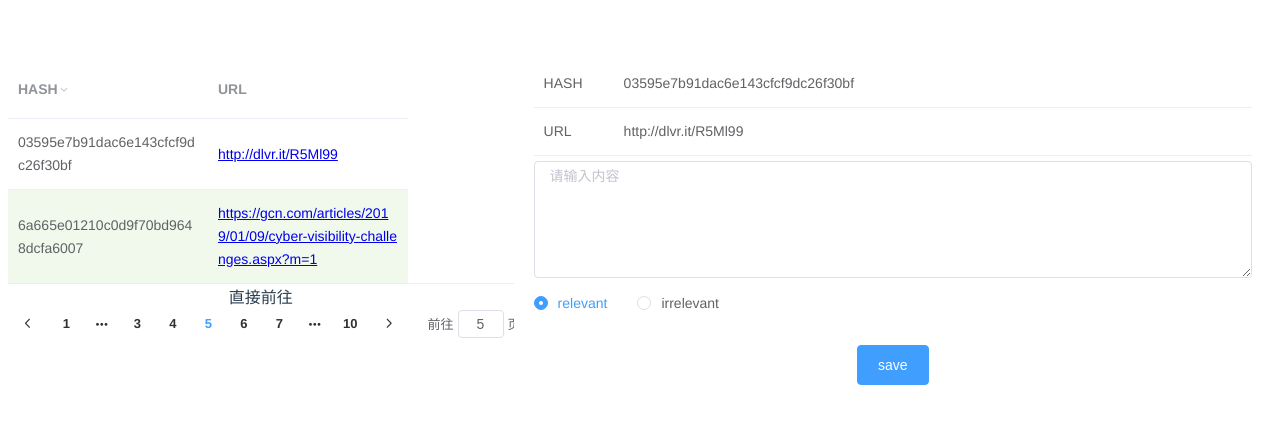
Repository: NicoleGX/TI
Page: /
An editor plug-in stored every save of this project. The page is shown before and after the next save, followed by the edit.
The browser window is 1280 px wide. The pictures show the whole page.
The page's requests for data from a server got no answer. The project was rebuilt for these pictures with package versions that can differ from the ones it lists, and the page was loaded fresh each time. No one was signed in, and anything a server would have sent is missing.

Above is the page before, as saved 2019-05-29 14:54:33.

After the next save:
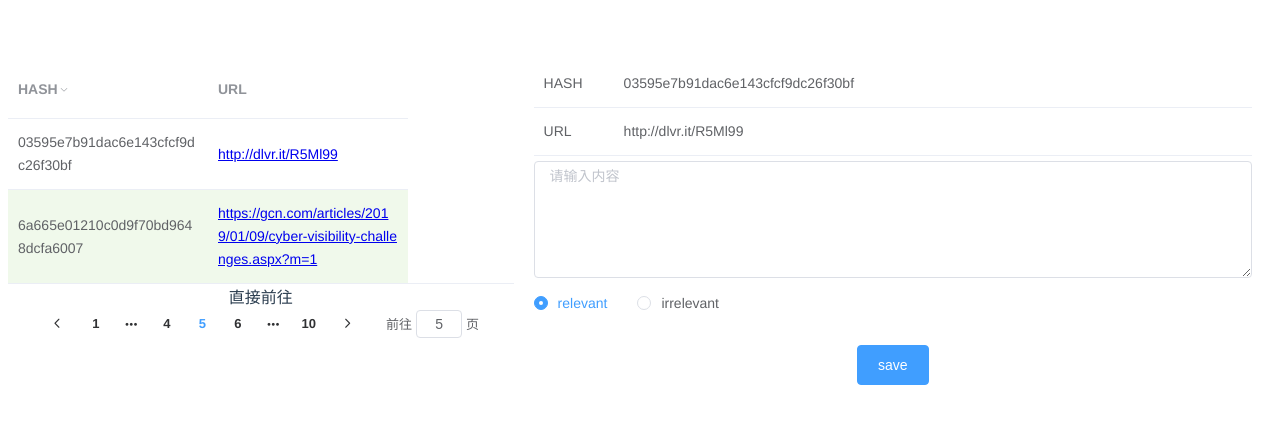
Saved 7 s later.
--- a/src/views/TextClassification.vue
+++ b/src/views/TextClassification.vue
@@ -33,7 +33,7 @@
           :page-size="100"
           layout="prev, pager, next, jumper"
           :total="1000"
-          :pager-count="7">
+          :pager-count="5">
         </el-pagination>
       </div>
     </el-aside>
